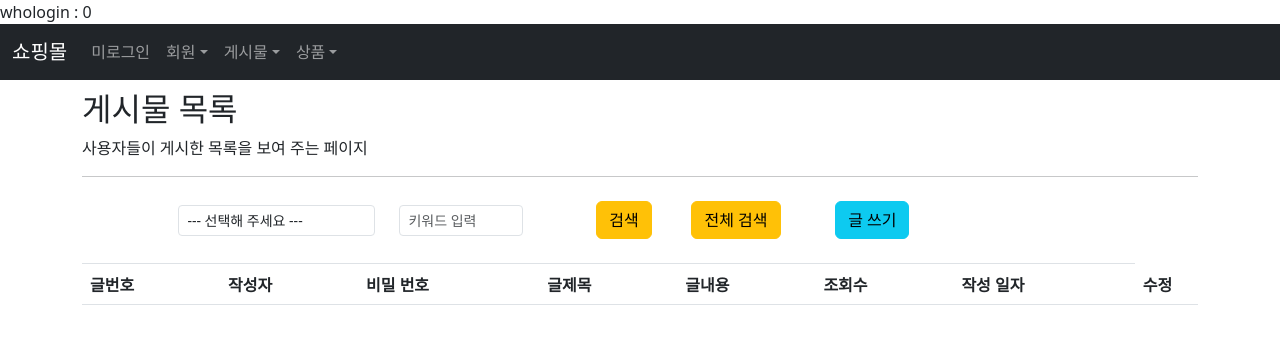
Repository: Sain-Clair/Team5
Page: http://localhost/Student/board/boList.jsp
The author's editor kept a copy of each file at every save. The page is drawn from the files as they stood at one save, then again after the next save.
The browser window is 1280 px wide. The pictures show the whole page.
The page is served by Tomcat 9. The template is opened directly, without the code that normally fills it, so the values that code supplies are empty.

Above is the page before, as saved 2023-09-07 07:49:12.

After the next save:
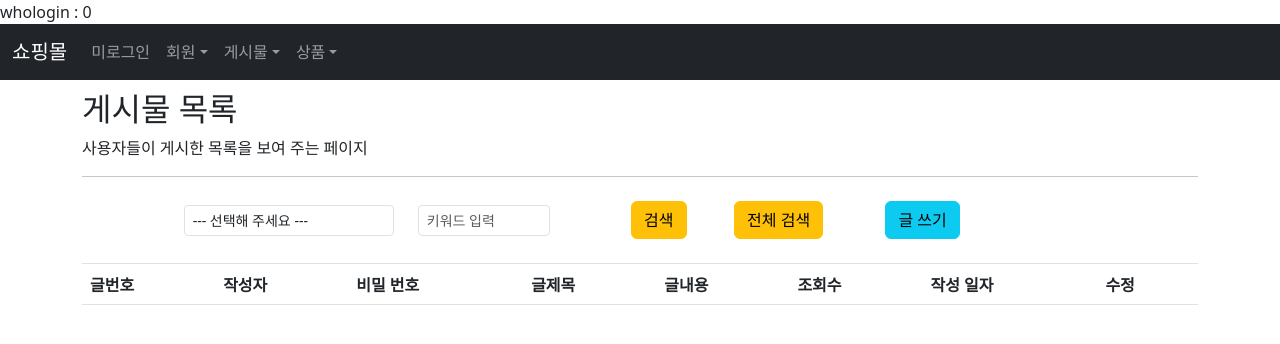
Saved 21 s later.
--- a/Student/src/main/webapp/board/boList.jsp
+++ b/Student/src/main/webapp/board/boList.jsp
@@ -53,7 +53,7 @@ function writeForm() { // 글쓰기
 		<table class="table table-striped">
 			<thead>
 				<tr>
-					<td colspan="7" align="right">
+					<td colspan="8" align="right">
 						<div class="row">
 							<div class="col-sm-1"></div><!-- grid 화면을 12개로 분할. 그 중에 1 -->
 							<div class="col-sm-10">
